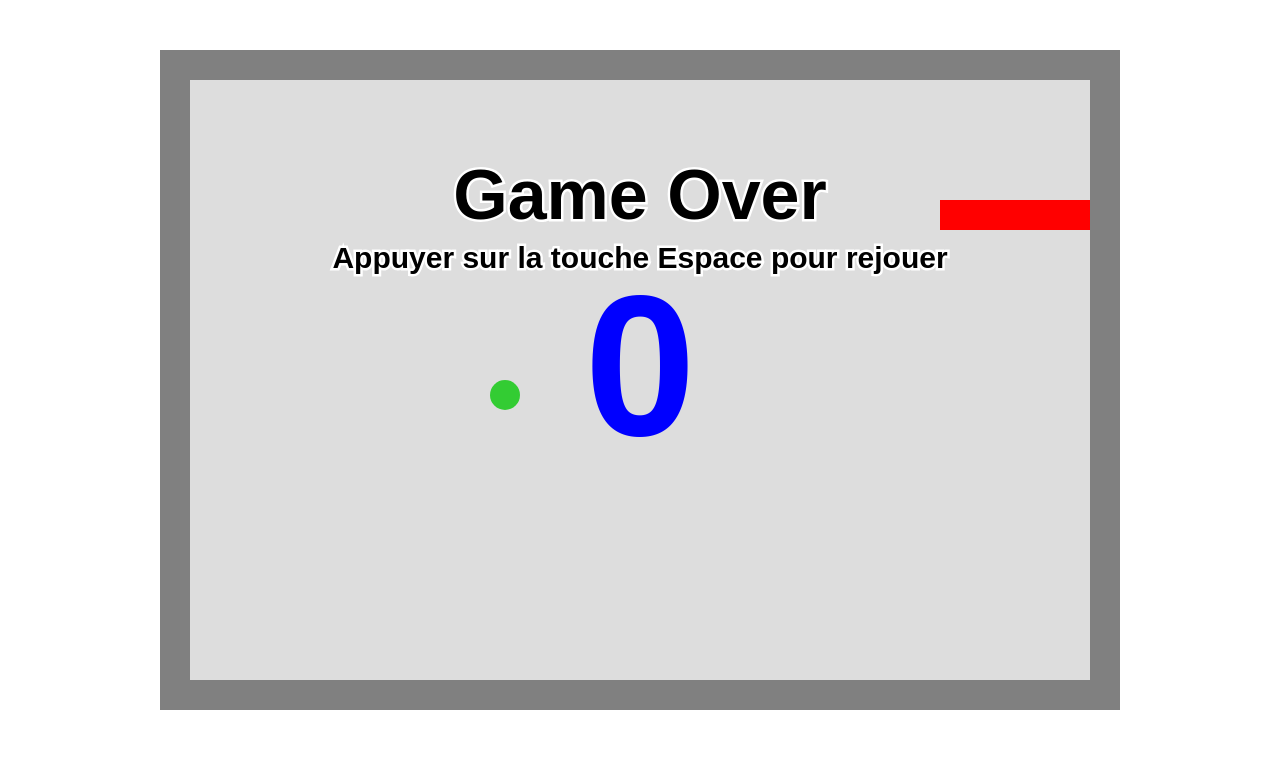
Repository: laben35/snake
Page: index.html
An editor plug-in stored every save of this project. The page is shown before and after the next save, followed by the edit.
The browser window is 1280 px wide. The pictures show the whole page.

Above is the page before, as saved 2019-12-08 19:25:35.

### index.html
<!DOCTYPE html>
<html lang="en">
<head>
    <meta charset="UTF-8">
    <meta name="viewport" content="width=device-width, initial-scale=1.0">
    <meta http-equiv="X-UA-Compatible" content="ie=edge">
    <title>The snake game</title>
    <script src="script.js"></script>
</head>
<body>

</body>
</html>

### script.js
window.onload = function()
{
    var canvasWidth = 900;
    var canvasHeight = 600;
    var blockSize = 30;
    var ctx;
    var delay = 150;   // si j'augmente le délai de rafraichissement du canvas,  le serpent avance moins vite, comme ça il se rafraichit une fois toutes les secondes et non toutes les dixièmes de secondes
    var snakee;
    var applee;
    var widthInBlocks = canvasWidth/blockSize;  //la largeur en terme de block sera la largeur divisée par la taille du bloc c'est à dire, la largeur est de 900px et la taille du bloc (blockSize) est de 30px ==> notre largeur en terme de blocks sera de 30px var 30*30=900
    var heightInBocks = canvasHeight/blockSize; //600/30 = 20
    var score;

    init();

    function init()
    {
            var canvas = document.createElement('canvas');  //Canvas élément HTML qui permet de dessiner notre page HTML
            canvas.width = canvasWidth;
            canvas.height = canvasHeight;
            canvas.style.border = "30px solid gray";
            canvas.style.margin = "50px auto";
            canvas.style.display = "block";
            canvas.style.backgroundColor = "#ddd";
            document.body.appendChild(canvas);
            ctx = canvas.getContext('2d');
            snakee = new Snake( [[6,4], [5,4], [4,4], [3,4], [2,4]], "right");
            applee = new Apple([10,10]);
            score = 0;
            refreshCanvas();
    }

    //fonction qui rafraichit le canvas
    function refreshCanvas()
    {
        snakee.advance();
        if(snakee.checkCollision())
        {
            gameOver();
        }
        else
        {
            if(snakee.isEatingApple(applee))         // Condition est-ce que le serpent a mangé un fruit
            {
                score++;
                snakee.ateApple = true;   //le serpent a bien mangé un fruit
                do
                {
                    applee.setNewPosition();     //Le serpent a mangé un fruit donc on va replacer le fruit à un autre endroit d'où la nouvelle méthode: setNewPosition()
                }
                while(applee.isOnSnake(snakee))

            }
            ctx.clearRect(0,0,canvasWidth, canvasHeight);
            drawScore();
            snakee.draw();
            applee.draw();
            setTimeout(refreshCanvas, delay);
        }
    }

    function gameOver()  //Je souhaite que cette fonction écrive GameOver à chaque fois que le serpent rencontre un mur ou lui-même
    {
        ctx.save();   //permet d'enregistrer les paramètre de configuration du contexte du combat cad de le retrouver comme avant
        ctx.font = "bold 70px sans-serif";
        ctx.fillStyle = "#000";
        ctx.textAlign = "center";
        ctx.textBaseline = "middle";
        ctx.strokeStyle = "white";
        ctx.lineWidth = 5;
        var centreX = canvasWidth / 2;
        var centreY = canvasHeight / 2;
        ctx.strokeText("Game Over", centreX, centreY -180);  //pour le stroke -180 cad un petit peu au-dessus du 0
        ctx.fillText("Game Over", centreX, centreY -180);
        ctx.font = "bold 30px sans-serif";
        ctx.strokeText("Appuyer sur la touche Espace pour rejouer", centreX, centreY - 120);
        ctx.fillText("Appuyer sur la touche Espace pour rejouer", centreX, centreY - 120);
        ctx.restore();
    }

    function restart()
    {
        snakee = new Snake( [[6,4], [5,4], [4,4], [3,4], [2,4]], "right");
        applee = new Apple([10,10]);
        score = 0;
        refreshCanvas();
    }

    function drawScore()   //fonction qui permet d'afficher le score à l'écran
    {
        ctx.save();
        ctx.font = "bold 200px sans-serif";
        ctx.fillStyle = "blue";
        ctx.textAlign = "center";
        ctx.textBaseline = "middle";
        var centreX = canvasWidth / 2;
        var centreY = canvasHeight / 2;
        ctx.fillText(score.toString(), centreX, centreY);    //ctx.fillText(score.toString(), 5, canvasHeight - 5);
        ctx.restore();
    }

    function drawBlock(ctx, position)
    {
        var x = position[0] * blockSize;
        var y = position[1] * blockSize;
        ctx.fillRect(x,y, blockSize, blockSize);
    }

    //Le constructeur
    function Snake(body, direction)
    {
        this.body = body;
        this.direction = direction;
        this.ateApple = false;      //Pour savoir si mon serpent a mangé un fruit pour le faire grandir  ==> ajout de cette propriété...
        this.draw = function()
        {
            ctx.save();
            ctx.fillStyle = "#ff0000";
            for(var i = 0; i < this.body.length; i++)
           {
               drawBlock(ctx, this.body[i]);
           }
           ctx.restore();
        };
        this.advance = function()
        {
            var nextPosition = this.body[0].slice();
            switch(this.direction)
            {
                case "left":
                    nextPosition[0] -= 1;    //ici c'est la position du x
                    break;
                case "right":
                    nextPosition[0] += 1;
                    break;
                case "down":
                    nextPosition[1] += 1;   //ici c'est la position du y
                    break;
                case "up":
                    nextPosition[1] -= 1;
                    break;
                default:
                    throw("Invalid Direction");
            }
            this.body.unshift(nextPosition);
            if(!this.ateApple)
                this.body.pop();  // Le serpent a mangé un fruit. Ici le pop me permets d'enlever le dernier bloc cad on avançait la tête d'une position et on supprimait la dernière donc mon serpent restait à la même taille
            else
                  this.ateApple = false;
        };
        this.setDirection = function(newDirection)
        {
            var allowedDirections;
            switch(this.direction)
            {
                case "left":
                case "right":
                    allowedDirections = ["up", "down"];
                    break;
                case "down":
                case "up":
                    allowedDirections = ["left", "right"];
                    break;
                default:
                    throw("Invalid Direction");
            }
            if(allowedDirections.indexOf(newDirection) > -1)   //Si c'est >-1 alors ma nouvelle direction est permise
            {
                this.direction = newDirection;
            }
        };
        this.checkCollision = function()   //Fonction pour délimiter l'espace du serpent ==> pour ne pas qu'il sorte du canvas sinon game over
        {
            var wallCollision = false;  //si le serpent rentre dans le mur ==> les limites du canvas
            var snakeCollision = false; //si le serpent rentre sur lui-même
            var head =  this.body[0];   // c'est la tête qui prend la collision donc c'est cette partie que l'on vérifie
            var rest = this.body.slice(1);      //rest du corps du serpent en utilisant la fonction slice et autant qu'il passe sur la valeur 0 et va nous copier tout le reste dans ce array rest.
            var snakeX = head[0];
            var snakeY = head[1];
            var minX = 0;
            var minY = 0;
            var maxX = widthInBlocks - 1;
            var maxY = heightInBocks - 1;
            var isNotBetweenHorizontalWalls = snakeX < minX || snakeX > maxX;
            var isNotBetweenVerticalWalls = snakeY < minY || snakeY > maxY;

            if(isNotBetweenHorizontalWalls || isNotBetweenVerticalWalls)
            {
                wallCollision = true;
            }

            for(var i = 0; i < rest.length; i++)
            {
                if(snakeX === rest[i][0] && snakeY === rest[i][1])  //je vérifie si la tête du serpent est sur l'élément 0 ==>[i] et son X à lui [0] et je vérifie si la tête snakeX et l"élément du corps rest[i][0] ont le même X et le même Y ce qui voudrait dire que la tête du serpent est sur la même X qu'une des case du reste du serpent
                {
                    snakeCollision = true;
                }
            }
            return wallCollision || snakeCollision;
        };
        this.isEatingApple = function(appleToEat)
        {
            var head = this.body[0];  //Je déclare une variable et là, je vérifie si le X de la tête cad le head[0] est égale au corps à la place 0 c'est le 1er élément du corps de mon serpent
            if(head[0] === appleToEat.position[0] && head[1] === appleToEat.position[1])
            {
                return true;  //si cette condition est vrai, le serpent a mangé le fruit sinon rien
            }
            else
                return false;
        };
    }

    function Apple(position)
    {
        this.position = position;
        this.draw = function()
        {
            ctx.save();
            ctx.fillStyle = "#33cc33";   // couleur de la pomme
            ctx.beginPath();    //dessin de la pomme qui est ronde donc on utilise radius
            var radius = blockSize/2;
            var x = this.position[0]*blockSize + radius;
            var y = this.position[1]*blockSize + radius;
            ctx.arc(x,y, radius, 0, Math.PI*2, true);    //Dessin du cercle
            ctx.fill();
            ctx.restore();
        };
        this.setNewPosition = function()   //Je veux que cette méthode soit aléatoire donc un endroit au hasard dans mon canvas
        {
            var newx = Math.round(Math.random() * (widthInBlocks - 1));
            var newY = Math.round(Math.random() * (heightInBocks - 1));
            this.position = [newx, newY];
        };
        this.isOnSnake = function(snakeToCheck)          //métohde qui vérifie si le fruit est sur le serpent puisque sa position est aléatoire
        {
            var isOnSnake = false;

            for(var i = 0; i < snakeToCheck.body.length; i++ )  // Pour cette vérification, je fais une boucle et je passe sur chacun des blocks de mon serpent
            {
                if(this.position[0] === snakeToCheck.body[i][0] && this.position[1] === snakeToCheck.body[i][1])
                {
                   isOnSnake = true;
                }
            }
            return isOnSnake;
        };
    }

    document.onkeydown = function handleKeyDown(e)   //évènement
    {
        var key = e.keyCode;      //Nous donne le code de la touche qui a été appuyée
        var newDirection;        //nouvelle direction en fonction de la touche qui a été appuyée
        switch(key)             //swith sur la touche appuyée
        {
            case 37:   //flèche qui va à gauche
                newDirection = "left";
                break;
            case 38:   //flèche qui va en haut
                newDirection = "up";
                break;
            case 39:   //flèche qui va à droite
                newDirection = "right";
                break;
            case 40:    //flèche qui va en bas
                newDirection = "down";
                break;
            case 32:  //code de la touche Espace
                restart();
                return;
            default:
                return;
        }
        snakee.setDirection(newDirection);
    }

}

After the next save:
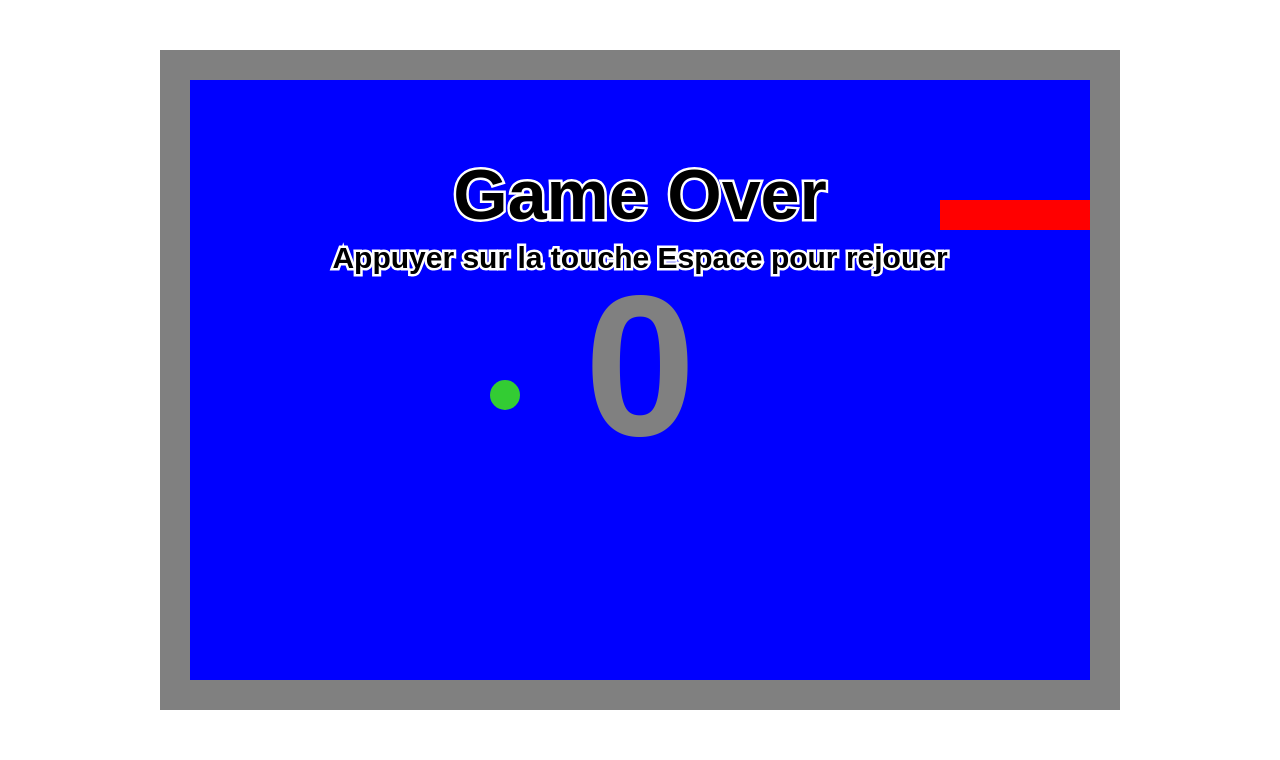
Saved 72 s later.
--- a/script.js
+++ b/script.js
@@ -21,7 +21,7 @@
             canvas.style.border = "30px solid gray";
             canvas.style.margin = "50px auto";
             canvas.style.display = "block";
-            canvas.style.backgroundColor = "#ddd";
+            canvas.style.backgroundColor = "blue";
             document.body.appendChild(canvas);
             ctx = canvas.getContext('2d');
             snakee = new Snake( [[6,4], [5,4], [4,4], [3,4], [2,4]], "right");
@@ -90,7 +90,7 @@
     {
         ctx.save();
         ctx.font = "bold 200px sans-serif";
-        ctx.fillStyle = "blue";
+        ctx.fillStyle = "gray";
         ctx.textAlign = "center";
         ctx.textBaseline = "middle";
         var centreX = canvasWidth / 2;

After the save that followed:
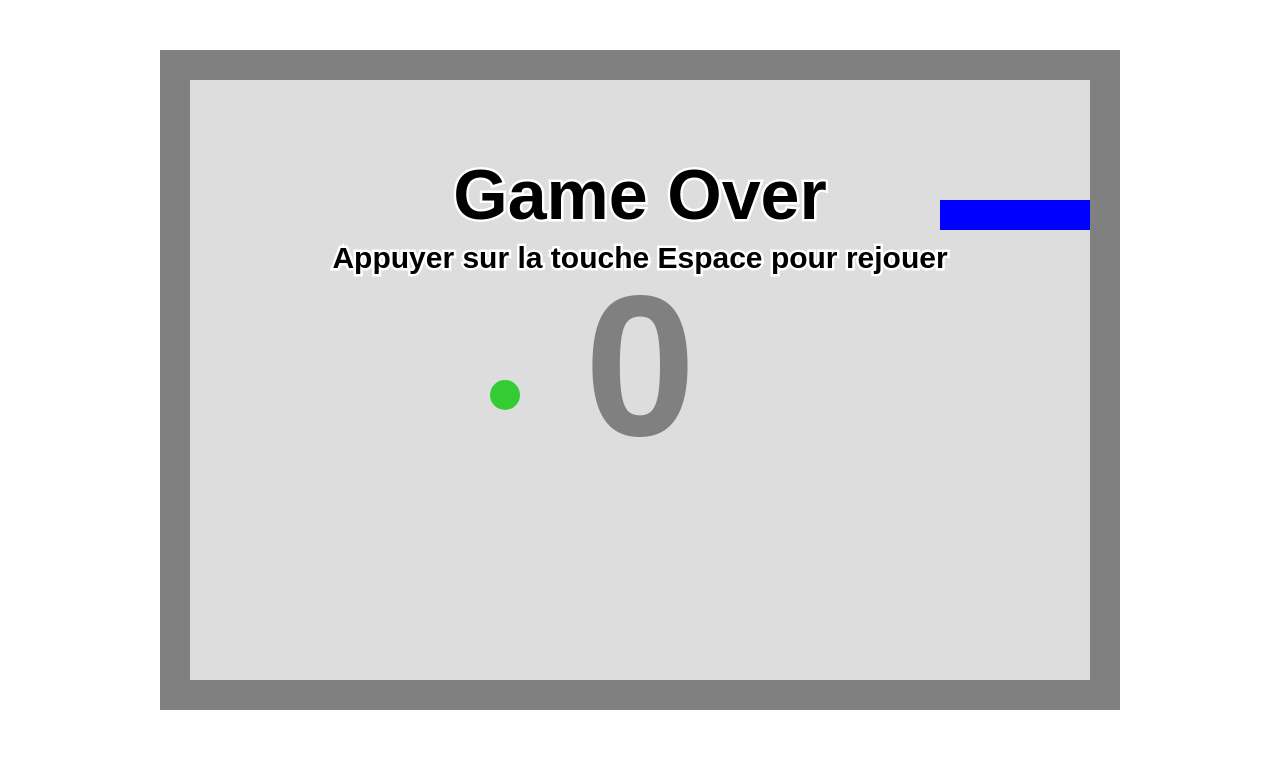
Saved 41 s later.
--- a/script.js
+++ b/script.js
@@ -21,7 +21,7 @@
             canvas.style.border = "30px solid gray";
             canvas.style.margin = "50px auto";
             canvas.style.display = "block";
-            canvas.style.backgroundColor = "blue";
+            canvas.style.backgroundColor = "#ddd";
             document.body.appendChild(canvas);
             ctx = canvas.getContext('2d');
             snakee = new Snake( [[6,4], [5,4], [4,4], [3,4], [2,4]], "right");
@@ -115,7 +115,7 @@
         this.draw = function()
         {
             ctx.save();
-            ctx.fillStyle = "#ff0000";
+            ctx.fillStyle = "blue";
             for(var i = 0; i < this.body.length; i++)
            {
                drawBlock(ctx, this.body[i]);
